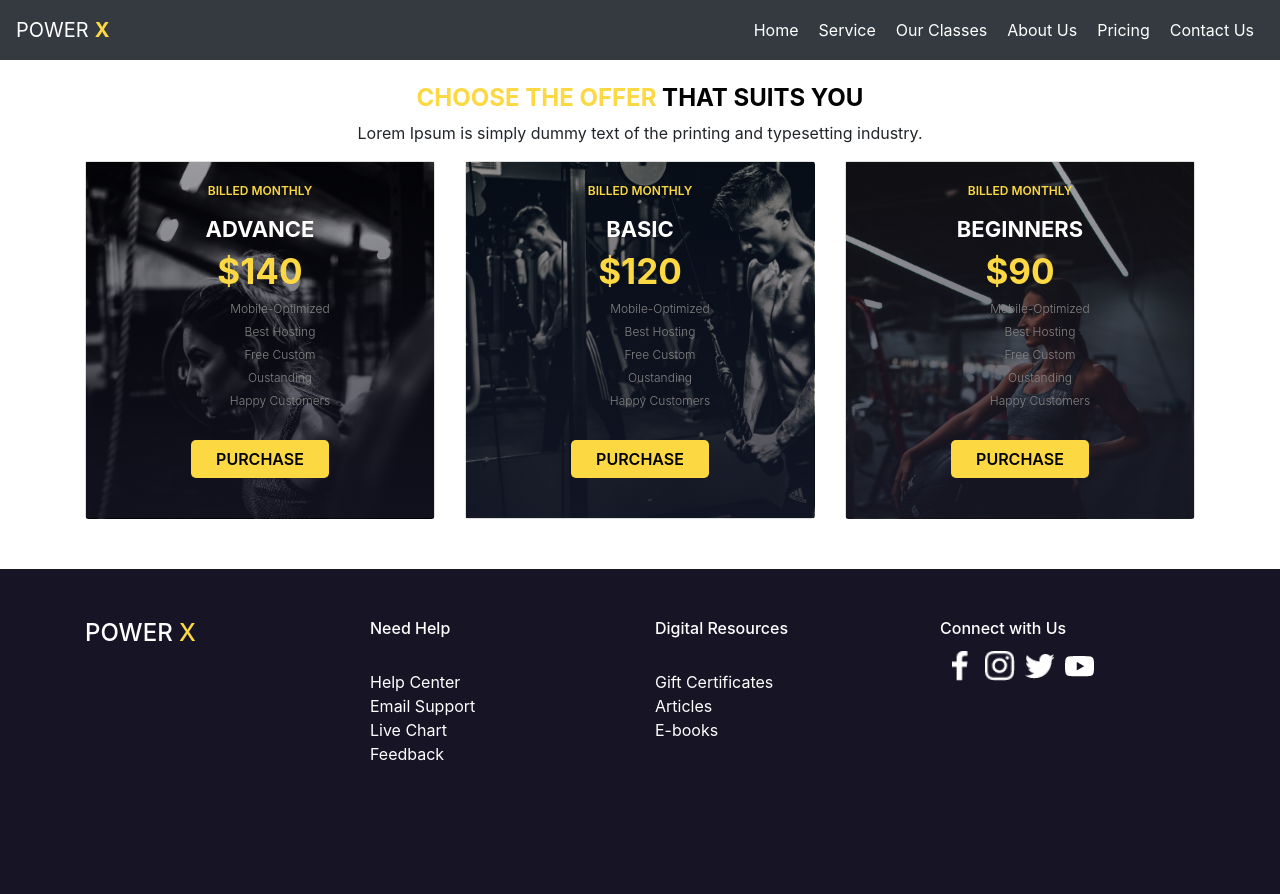
Repository: arif286/power-x-gym
Page: /pricing
These files come from the project's save history. The page is drawn as it stood at one moment and after the next save; the edit follows.
The browser window is 1280 px wide. The pictures show the whole page.
The project was rebuilt for these pictures with package versions that can differ from the ones it lists, and the page was loaded fresh each time. Also part of the build but not shown: src/components/Classes/Classes.js, src/components/About/About.js, src/components/ChooseUs/ChooseUs.js, src/components/Programs/Programs.css, src/components/Programs/Programs.js, src/components/WorkOut/WorkOut.css, src/components/WorkOut/WorkOut.js, src/components/Home/Home.js.

Above is the page before, as saved 2021-04-08 00:09:10.

After the next save:
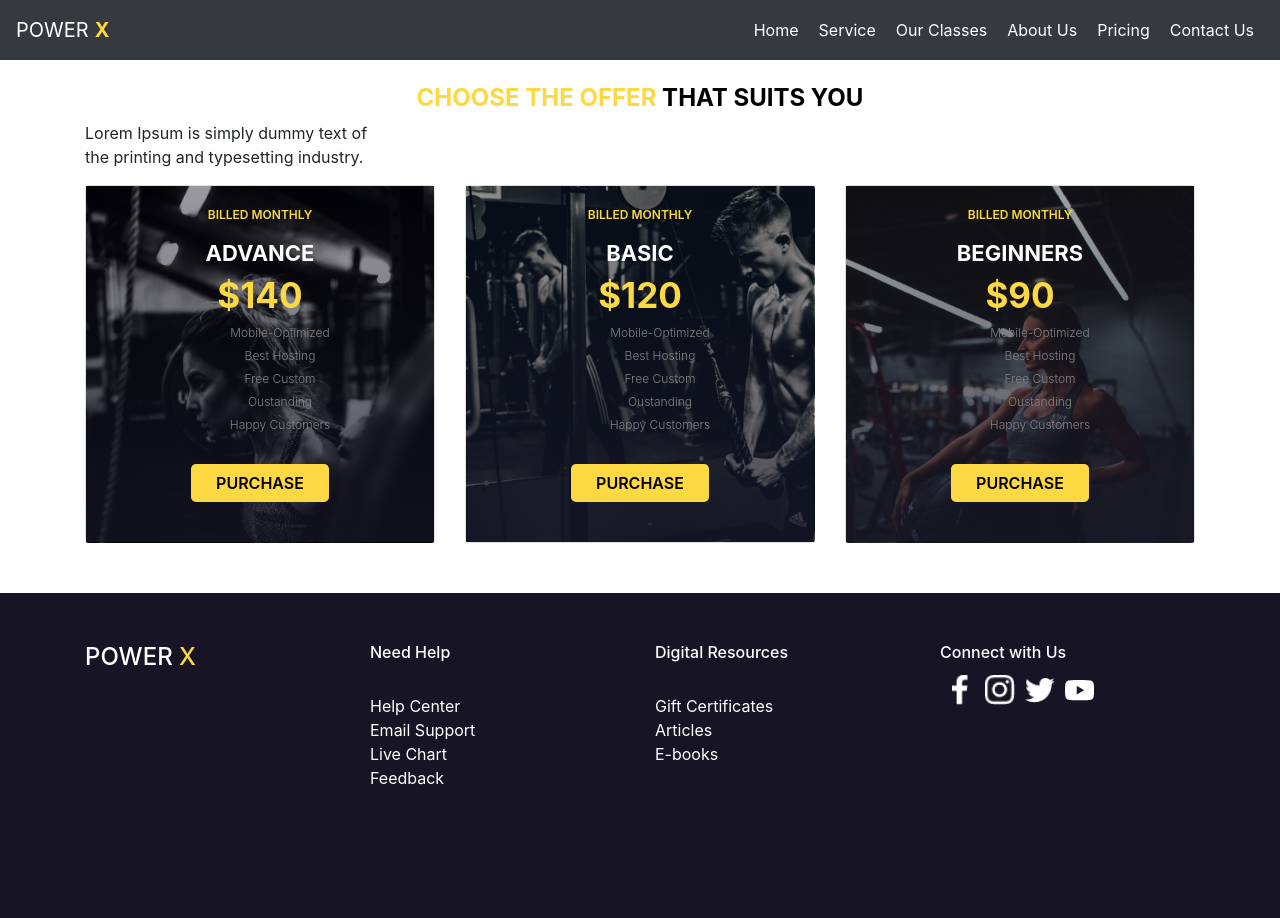
Saved 71 s later.
--- a/src/components/PricingPlan/PricingPlan.js
+++ b/src/components/PricingPlan/PricingPlan.js
@@ -15,7 +15,9 @@ const PricingPlan = () => {
       >
         choose the offer <span style={{ color: "black" }}>that suits you</span>
       </h4>
-          <p style={{textAlign:'center'}}>
+          <p style={{
+              display: 'inline-block',
+          width: '300px'}}>
         Lorem Ipsum is simply dummy text of the printing and typesetting
         industry.
       </p>
